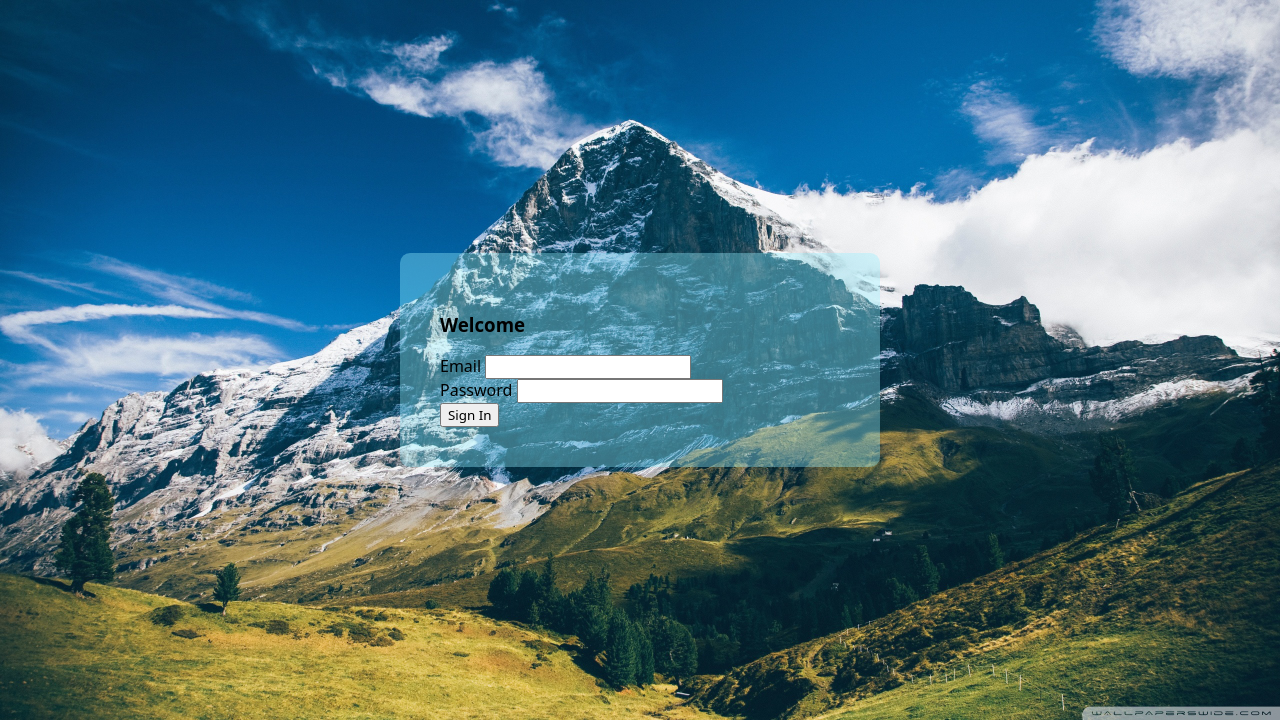
Repository: Szelbi/SimpliestLoginPage
Page: index.html
The author's editor kept a copy of each file at every save. The page is drawn from the files as they stood at one save, then again after the next save.
The browser window is 1280 px wide. The pictures show the whole page.

Above is the page before, as saved 2021-02-04 22:06:35.

After the next save:
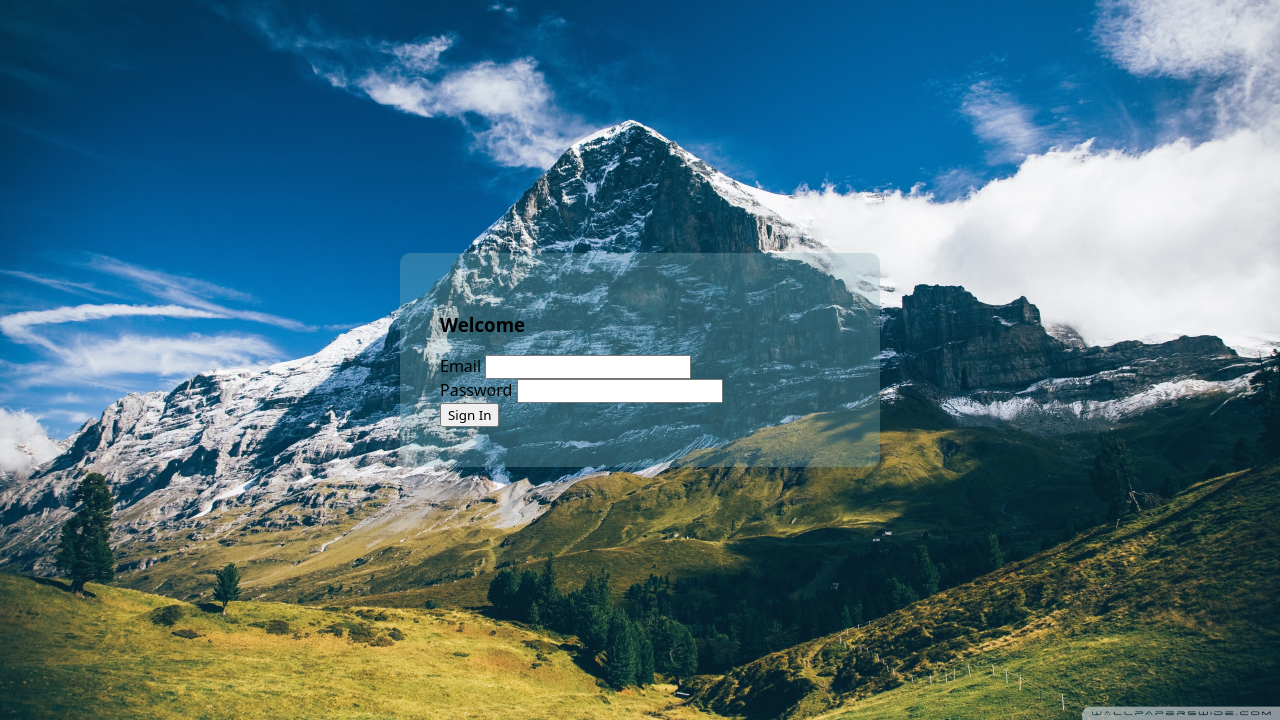
Saved 7 s later.
--- a/style.css
+++ b/style.css
@@ -18,7 +18,7 @@
 }
 
 .login-container {
-    background-color: hsla(189, 100%, 79%, 0.377);
+    background-color: hsla(189, 28%, 62%, 0.322);
     padding: 40px;
     min-width: 200px;
     width:50%;
